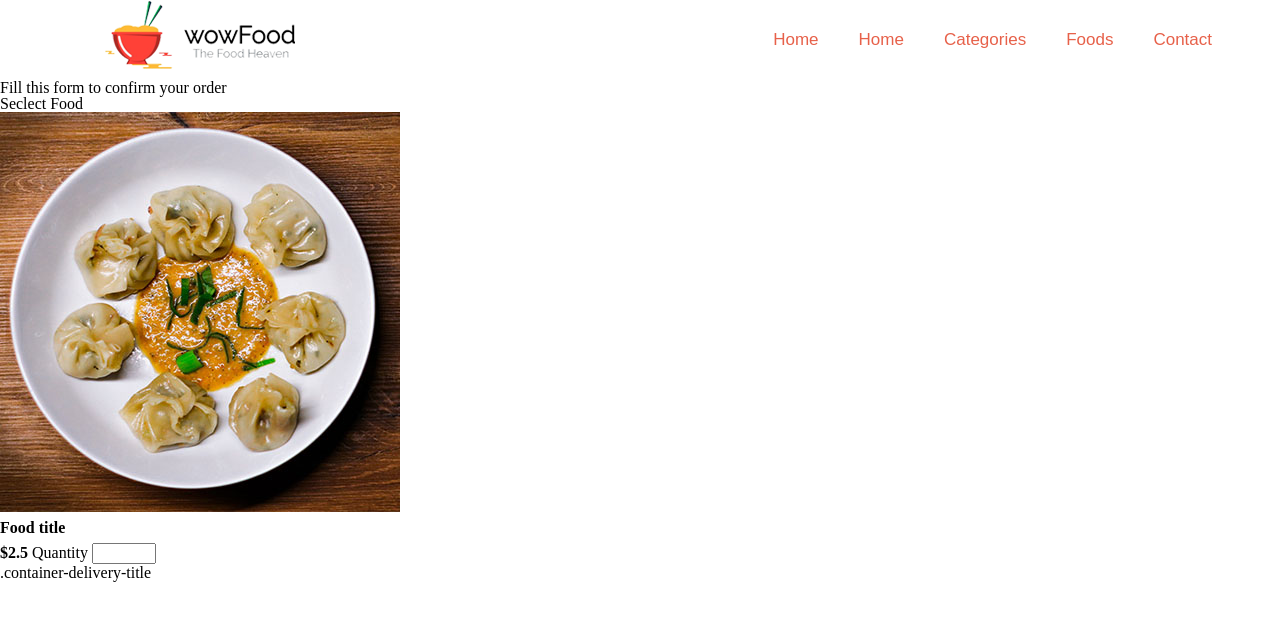
Repository: ruaruababa/WowFood
Page: order.html
An editor plug-in stored every save of this project. The page is shown before and after a run of saves, followed by the edit.
The browser window is 1280 px wide. The pictures show the whole page.

Above is the page before, as saved 2021-09-19 21:44:20.

After the next 2 saves:
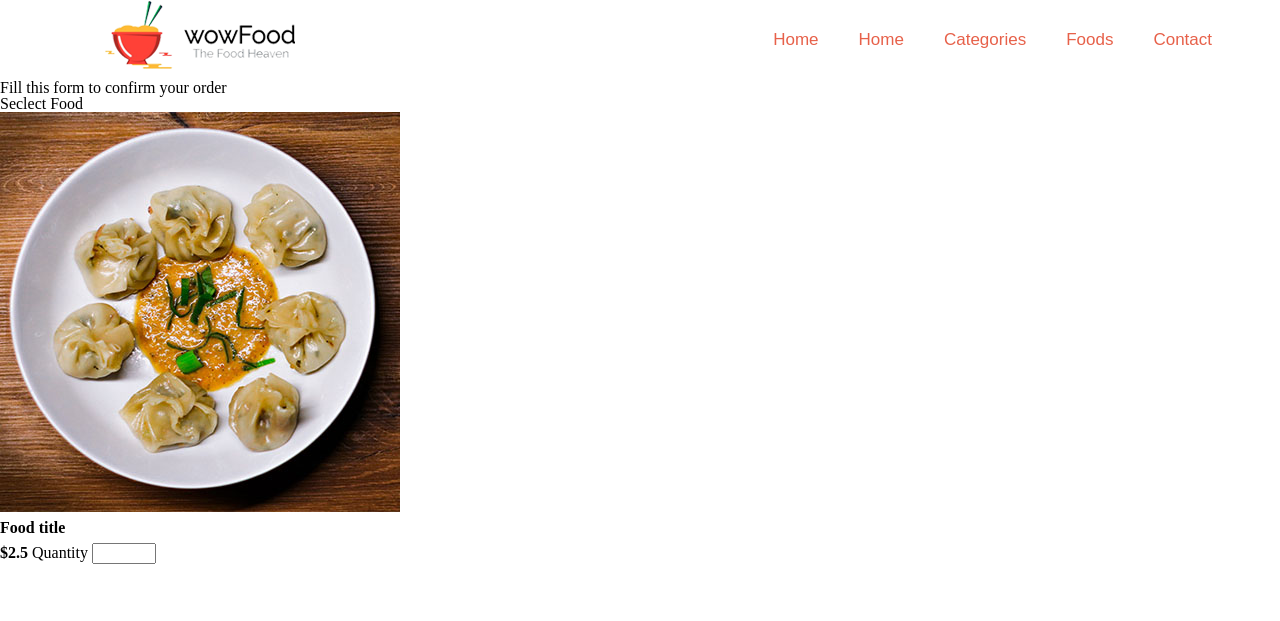
The 2 saves are shown as one change because they came seconds apart.
The last was saved 9 s later.
--- a/order.html
+++ b/order.html
@@ -43,7 +43,9 @@
                         <input type="number" min="1" max="100">
                     </div>
                 </div>
-                .container-delivery-title
+                <div class="container-delivery-title">
+                    <form action=""></form>
+                </div>
             </form>
         </div>
     </section>
